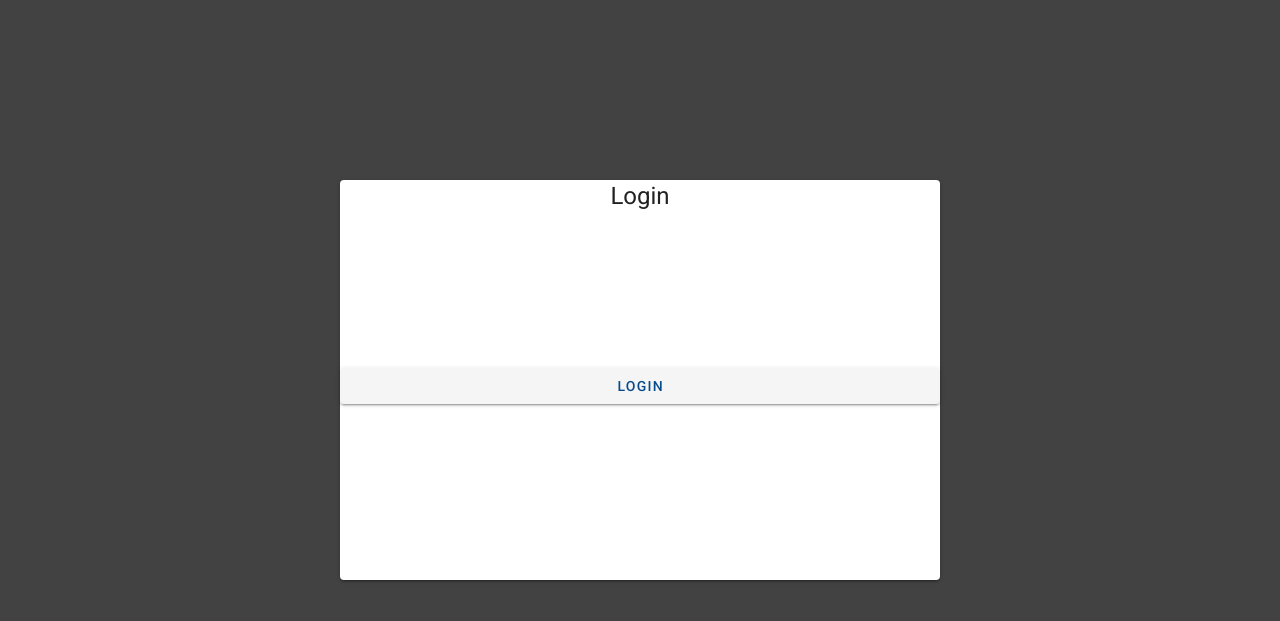
Repository: Grace229/Login
Page: /
These files come from the project's save history. The page is drawn as it stood at one moment and after the next save; the edit follows.
The browser window is 1280 px wide. The pictures show the whole page.
The project was rebuilt for these pictures with package versions that can differ from the ones it lists, and the page was loaded fresh each time. Also part of the build but not shown: vue.config.js. Imported but missing from the stored project, and not drawn on this page: src/views/About.vue.

Above is the page before, as saved 2021-02-15 16:44:05.

After the next save:
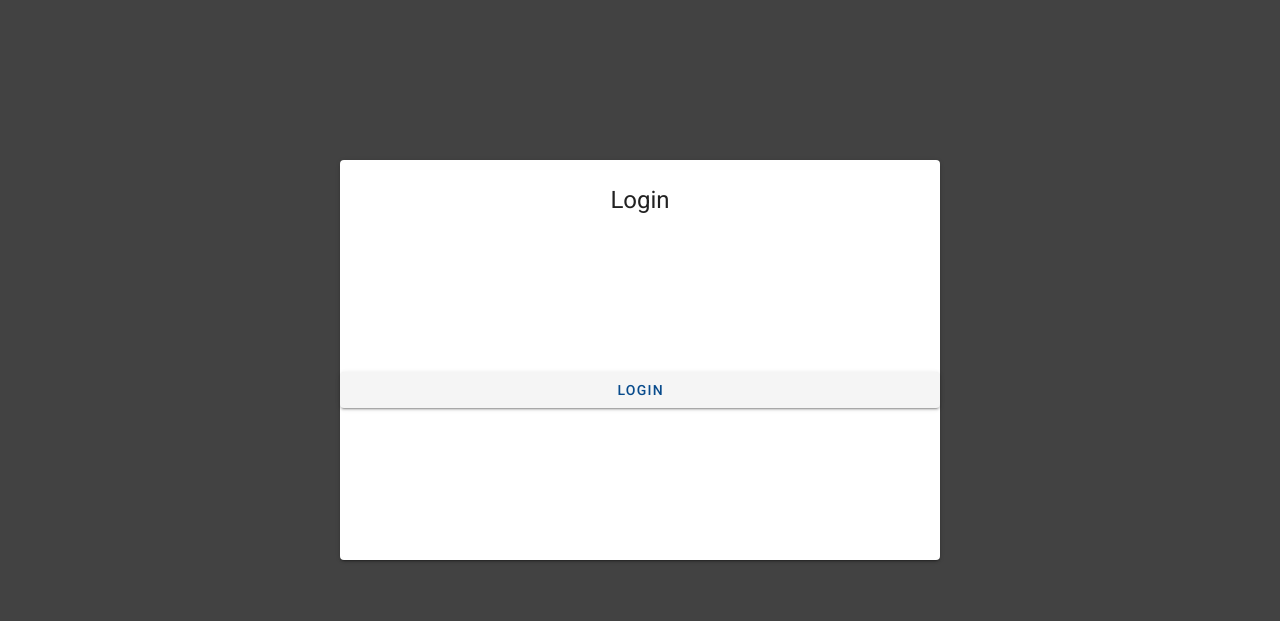
Saved 31 s later.
--- a/src/views/Home.vue
+++ b/src/views/Home.vue
@@ -6,7 +6,7 @@
     <v-container>
       <v-card class="mx-auto" max-width="600" height="400">
         <header>
-          <div class="headline text-center mt-10">
+          <div class="headline text-center pt-6">
             Login
           </div>
         </header>
